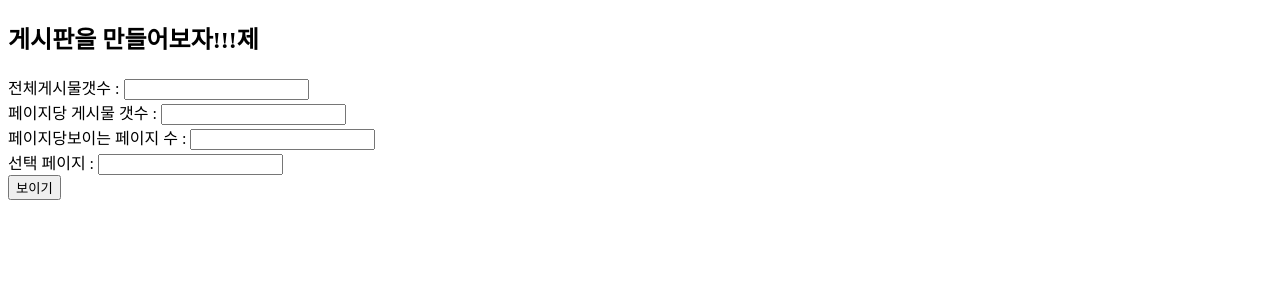
Repository: DrakeJU/eclipse-workspace
Page: Web/WebContent/01/PostBoardIndex.html
The author's editor kept a copy of each file at every save. The page is drawn from the files as they stood at one save, then again after the next save.
The browser window is 1280 px wide. The pictures show the whole page.

Above is the page before, as saved 2017-10-13 03:34:26.

After the next save:
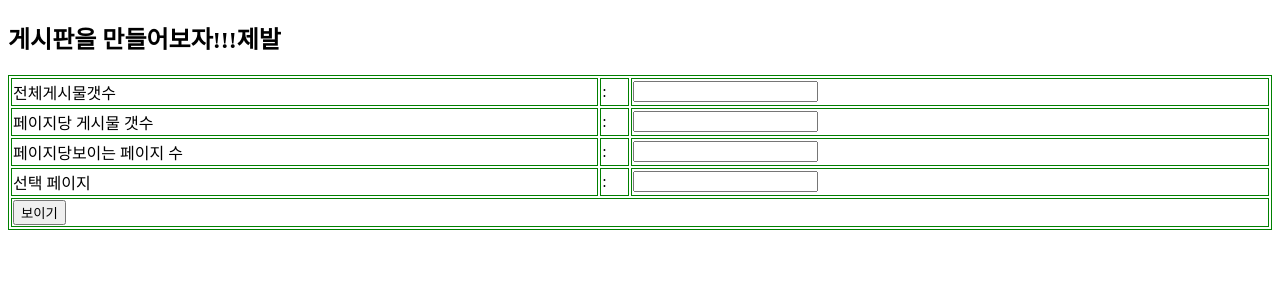
Saved 9 min 55 s later.
--- a/Web/WebContent/01/PostBoardIndex.html
+++ b/Web/WebContent/01/PostBoardIndex.html
@@ -1,15 +1,29 @@
 <!DOCTYPE html>
 <html>
-<head>
-<meta charset="UTF-8">
-<title>indexPage</title>
-</head>
-<body>
-	<h2>게시판을 만들어보자!!!제</h2>
-	전체게시물갯수 : 		<input type="text" name="TotalPost"><br>
-	페이지당 게시물 갯수 : 	<input type="text" name="NumPerPost"><br>
-	페이지당보이는 페이지 수 : <input type="text" name="NumPerPage"><br>
-	선택 페이지 : 			<input type="text" name="CurrentPage"><br>
-	<input type = submit value = "보이기">
-</body>
+	<head>
+		<meta charset="UTF-8">
+			<title>indexPage</title>
+	</head>
+		<body>
+			<h2>게시판을 만들어보자!!!제발</h2>
+				<form action "/blahblah" method = "post">
+				<table border="1" width = "100%" heigth = "50%" bordercolor ="green">
+					<tr>
+						<td>전체게시물갯수</td> <td>:</td><td><input type="text" name="TotalPost"><br></td>
+					</tr>
+					<tr>
+						<td>페이지당 게시물 갯수</td><td>:</td><td><input type="text" name="NumPerPost"><br></td>
+					</tr>
+					<tr>
+						<td>페이지당보이는 페이지 수</td> <td>:</td><td><input type="text" name="NumPerPage"><br></td>
+					</tr>
+					<tr>
+						<td>선택 페이지</td> <td>:</td><td><input type="text" name="CurrentPage"><br></td>
+					</tr>
+					<tr>
+						<td colspan = "3"><input type = submit value = "보이기"></td>
+					</tr>
+				</table>
+				</form>
+		</body>
 </html>
